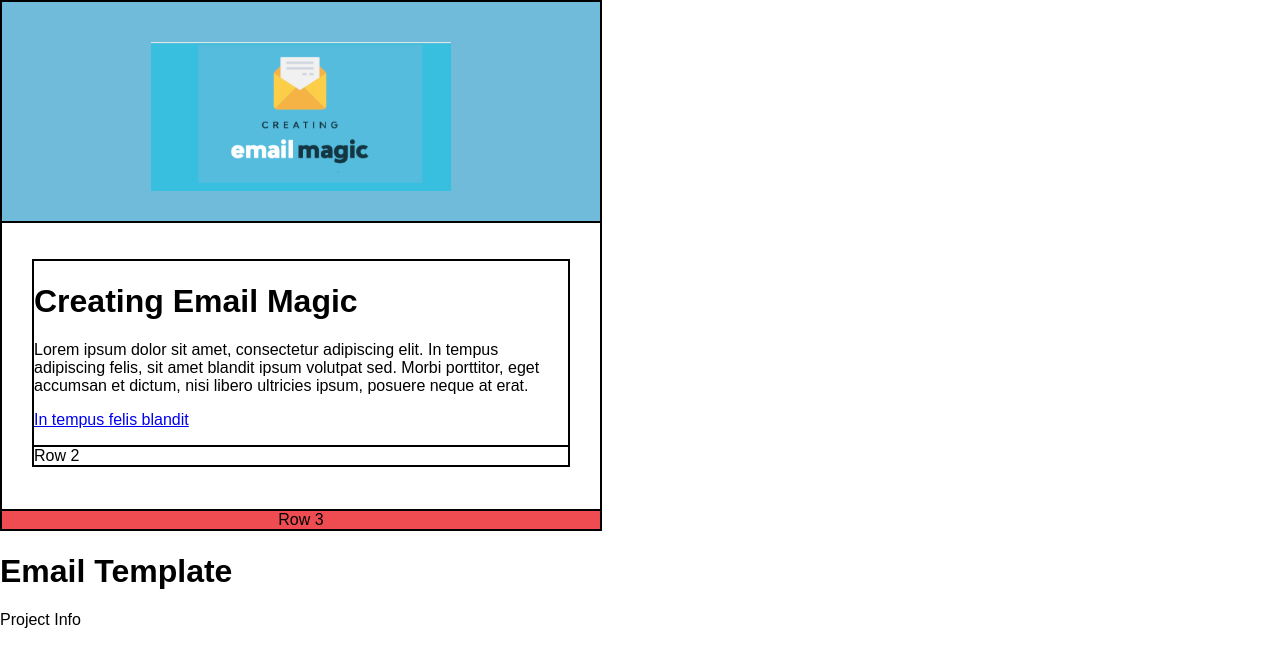
Repository: MikeeBuilds/email-template
Page: index.html
An editor plug-in stored every save of this project. The page is shown before and after the next save, followed by the edit.
The browser window is 1280 px wide. The pictures show the whole page.

Above is the page before, as saved 2022-11-21 16:16:03.

After the next save:
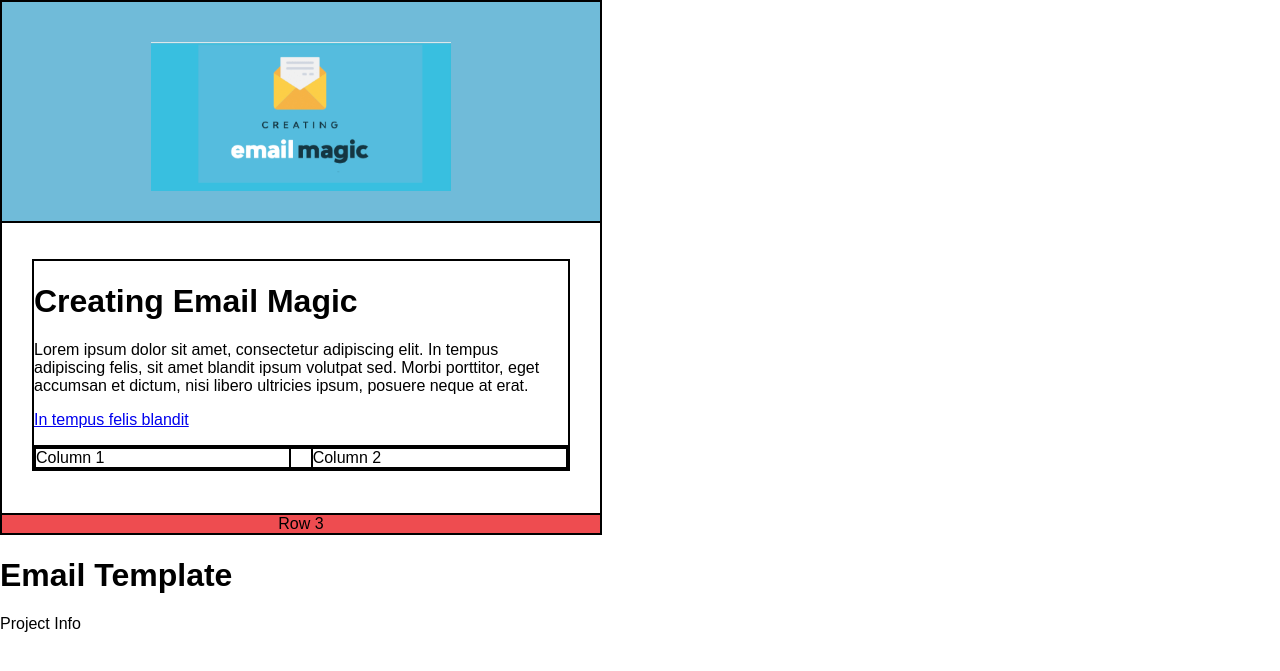
Saved 77 s later.
--- a/index.html
+++ b/index.html
@@ -45,7 +45,17 @@
                     </tr>
                     <tr>
                         <td style="padding:0;">
-                            Row 2
+                            <table role="presentation" style="width:100%;border-collapse:collapse;border:0;border-spacing:0;">
+                                <tr>
+                                    <td style="width:260px;padding:0;vertical-align:top;">
+                                        Column 1
+                                    </td>
+                                    <td style="width:20px;padding:0;font-size:0;line-height:0;">&nbsp;</td>
+                                    <td style="width:260px;padding:0;vertical-align:top;">
+                                        Column 2
+                                    </td>
+                                </tr>
+                            </table>
                         </td>
                     </tr>
                 </table>
